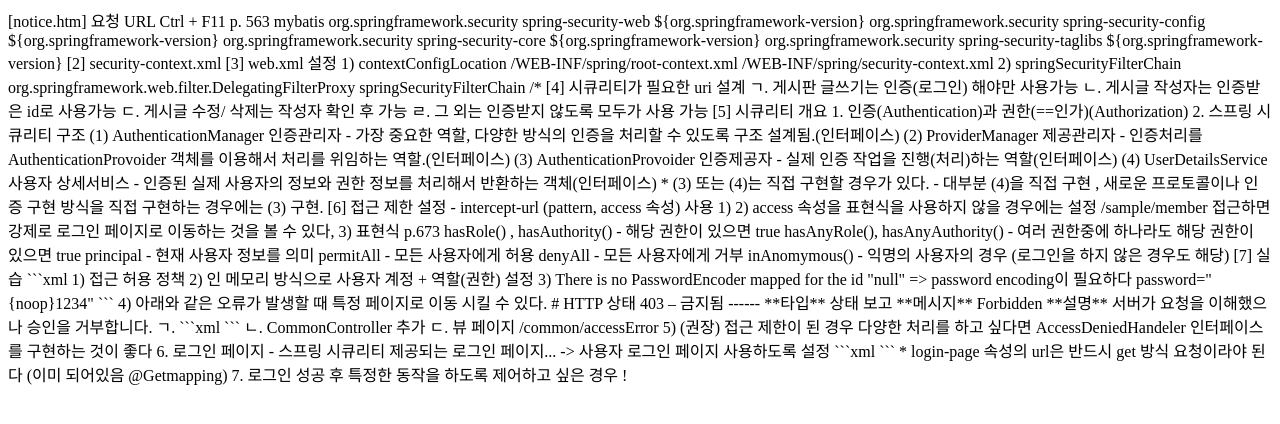
Repository: Vida0822/-
Page: SL11_SECURITY/src/main/webapp/customer/notice.htm
An editor plug-in stored every save of this project. The page is shown before and after the next save, followed by the edit.
The browser window is 1280 px wide. The pictures show the whole page.

Above is the page before, as saved 2023-07-04 02:59:01.

After the next save:
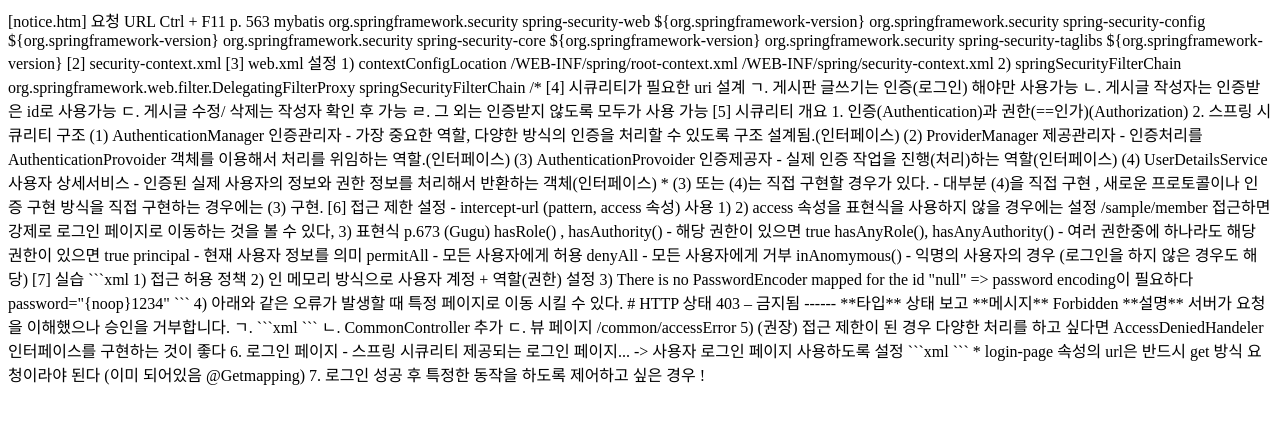
Saved 7 min 51 s later.
--- a/SL11_SECURITY/src/main/webapp/customer/notice.htm
+++ b/SL11_SECURITY/src/main/webapp/customer/notice.htm
@@ -102,7 +102,7 @@
 
 /sample/member 접근하면 강제로 로그인 페이지로 이동하는 것을 볼 수 있다,
 
-3) 표현식  p.673
+3) 표현식  p.673 (Gugu)
 hasRole() , hasAuthority() - 해당 권한이 있으면 true
 hasAnyRole(), hasAnyAuthority() - 여러 권한중에 하나라도 해당 권한이 있으면 true
 principal - 현재 사용자 정보를 의미
